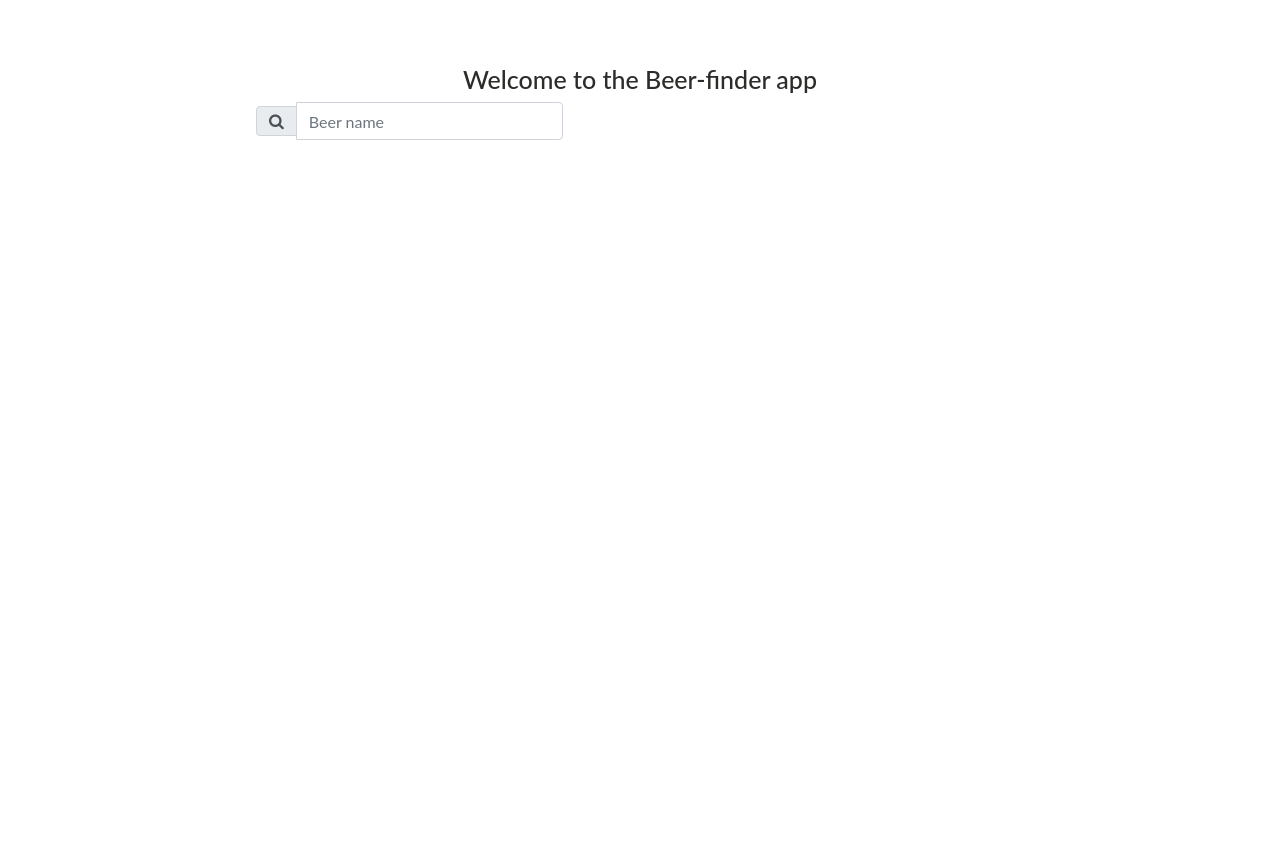
Repository: marcinszymaszek/beer-finder
Page: /
The author's editor kept a copy of each file at every save. The page is drawn from the files as they stood at one save, then again after the next save.
The browser window is 1280 px wide. The pictures show the whole page.
The project was rebuilt for these pictures with package versions that can differ from the ones it lists, and the page was loaded fresh each time. Also part of the build but not shown: src/components/beers/Beers.css.

Above is the page before, as saved 2020-05-24 18:05:12.

After the next save:
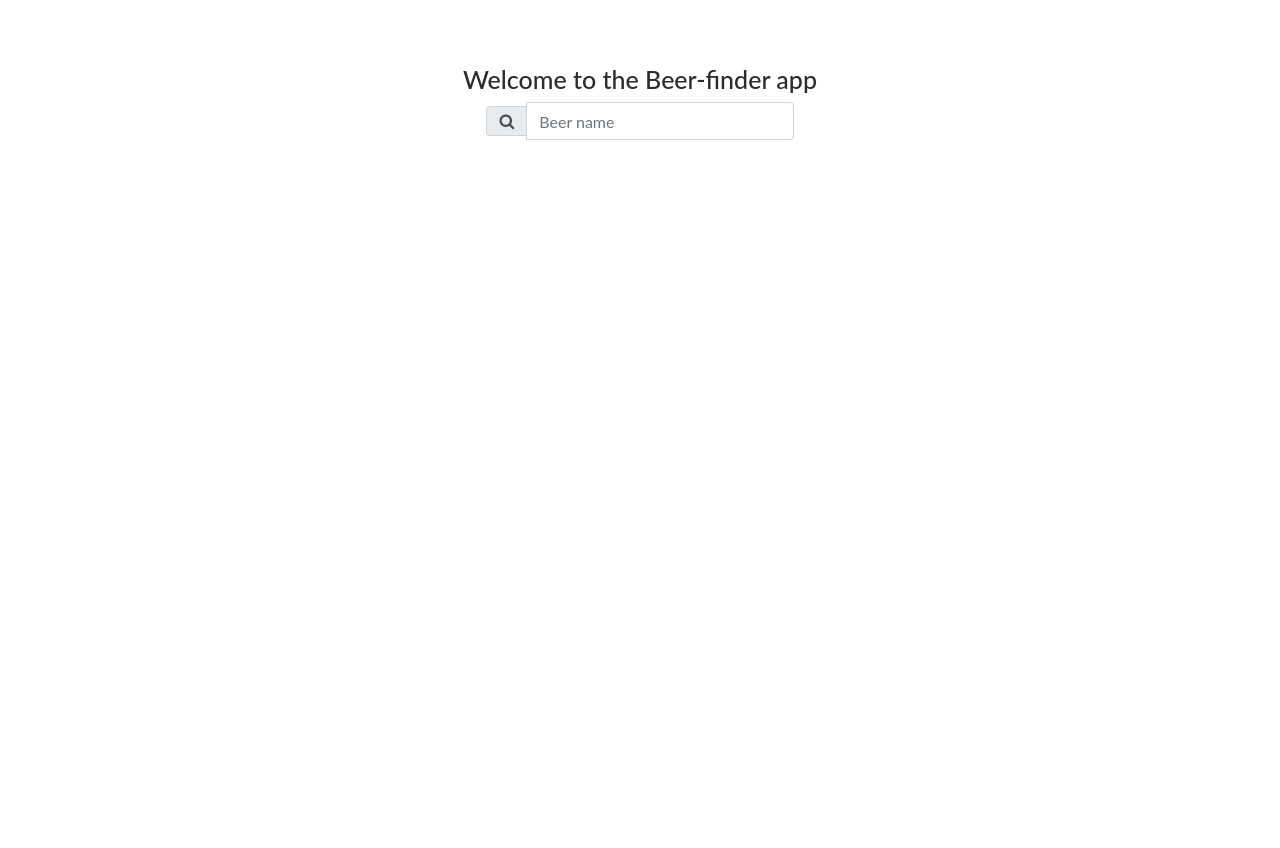
Saved 80 s later.
--- a/src/components/form/Form.css
+++ b/src/components/form/Form.css
@@ -1,5 +1,6 @@
 #beer-form-input {
     width: 40%;
+    display: inline-flex;
     align-items: center;
 }
 
